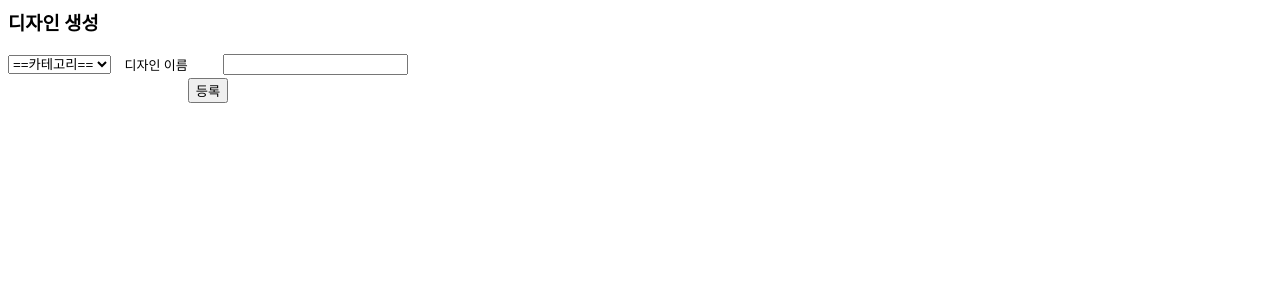
Repository: sjeong12/Photos
Page: http://localhost/LSJ_PHOTO/CustomDesign/addDesign.jsp
An editor plug-in stored every save of this project. The page is shown before and after the next save, followed by the edit.
The browser window is 1280 px wide. The pictures show the whole page.
The page is served by Tomcat 9. Other server files are loaded and not shown.

Above is the page before, as saved 2016-12-07 11:36:22.

### LSJ_PHOTO/WebContent/CustomDesign/addDesign.jsp
<%@ page language="java" contentType="text/html; charset=utf-8" %>
<!DOCTYPE HTML PUBLIC "-//W3C//DTD HTML 4.0 Transitional//EN">
<HTML>
 <HEAD>
  <TITLE>제품 업로드</TITLE>
 </HEAD>

<script language=javascript>
function valid_check()
{
	if (document.frm_d.category.value == "")
	{
		alert("카테고리를 선택하세요");
		document.frm_d.category.focus();
		return false;
	}

	if (document.frm_d.name.value == "")
	{
		alert("디자인 이름을 입력하세요");
		document.frm_d.name.focus();
		return false;
	}

	document.frm_d.submit();
}
 </script>

<h3>디자인 생성</h3>
<BODY>
<FORM NAME = "frm_d" ACTION = "/LSJ_PHOTO/home.jsp?page=CustomDesign/addDesign_ok" METHOD = "post" ENCTYPE="multipart/form-data">
<TABLE WIDTH = "400" BORDER = "0" CellPadding = "0" CellSpacing = "0">
	<TR>
		<TD WIDTH = "30%" ALIGN = "left">
		<SELECT NAME="category">
        <OPTION VALUE="">==카테고리==</OPTION>
        <OPTION VALUE="1">앨범</OPTION>
        <OPTION VALUE="2">액자</OPTION>
        <OPTION VALUE="3">디자인 소품</OPTION>
        </SELECT>
		</TD>

		<TD WIDTH = "30%" ALIGN = "left"><font size = 2>디자인 이름</font></TD>
		<TD WIDTH = "40%" ALIGN = "left">
			<INPUT TYPE ="text" NAME="name" SIZE = "20" MAXLENGTH = "50">
		</TD>
	</TR>
	<TR>
		<TD WIDTH = "100%" ALIGN = "center" COLSPAN = "3">
		<TABLE>
			<TR>
				<TD WIDTH = "34%" ALIGN = "center">
					<INPUT TYPE = "button" VALUE = "등록" onClick="valid_check()">
				</TD>
			</TR>
		</TABLE>
		</TD>
	</TR>
</TABLE>
</FORM>
</BODY>
</HTML>

After the next save:
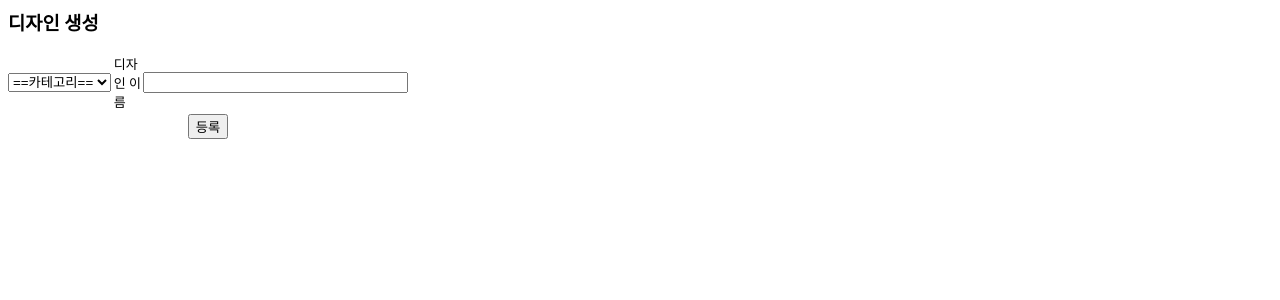
Saved 29 s later.
--- a/LSJ_PHOTO/WebContent/CustomDesign/addDesign.jsp
+++ b/LSJ_PHOTO/WebContent/CustomDesign/addDesign.jsp
@@ -40,9 +40,9 @@ function valid_check()
         </SELECT>
 		</TD>
 
-		<TD WIDTH = "30%" ALIGN = "left"><font size = 2>디자인 이름</font></TD>
+		<TD WIDTH = "30%" ALIGN = "left"><font size = 2> 디자인 이름</font></TD>
 		<TD WIDTH = "40%" ALIGN = "left">
-			<INPUT TYPE ="text" NAME="name" SIZE = "20" MAXLENGTH = "50">
+			<INPUT TYPE ="text" NAME="name" SIZE = "30" MAXLENGTH = "50">
 		</TD>
 	</TR>
 	<TR>
